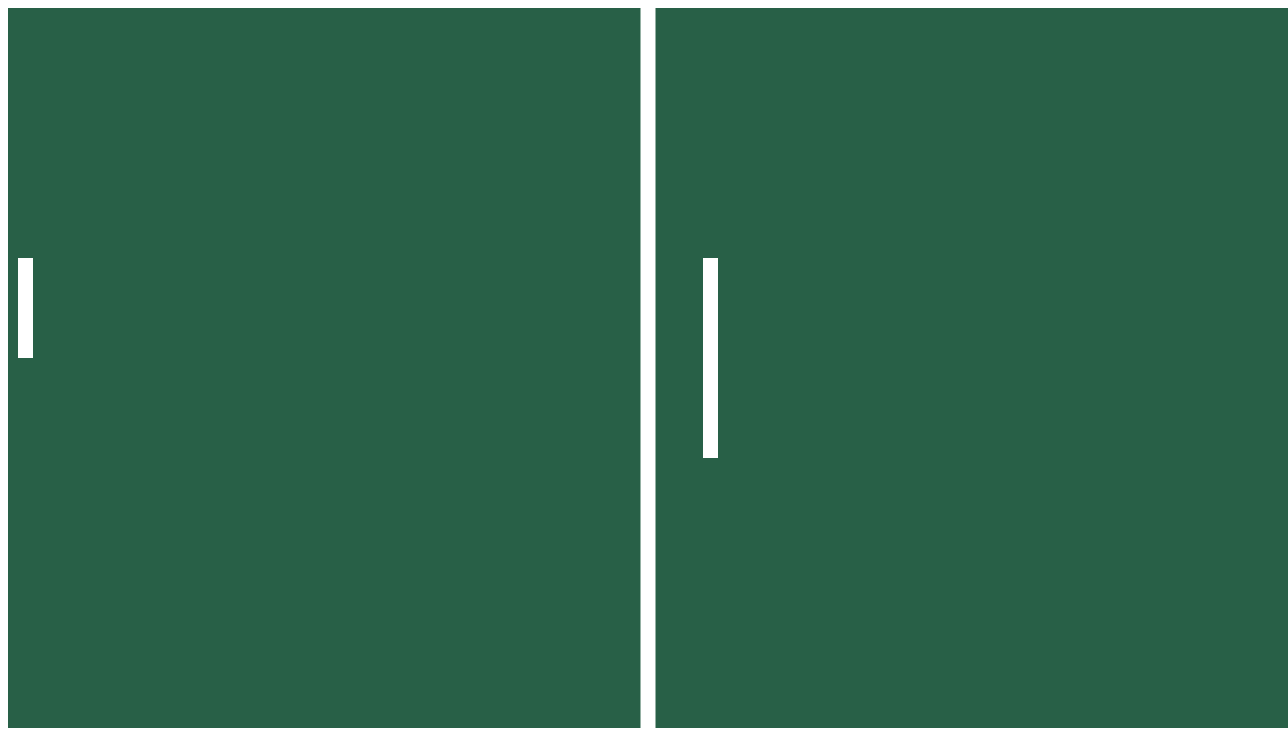
Repository: luizgaivaa/Game
Page: index.html
An editor plug-in stored every save of this project. The page is shown before and after the next save, followed by the edit.
The browser window is 1280 px wide. The page is 1288 px wide, so the pictures cover 1288 px, including what lies to the right of the window. The pictures show the whole page.

Above is the page before, as saved 2024-03-26 16:05:26.

After the next save:
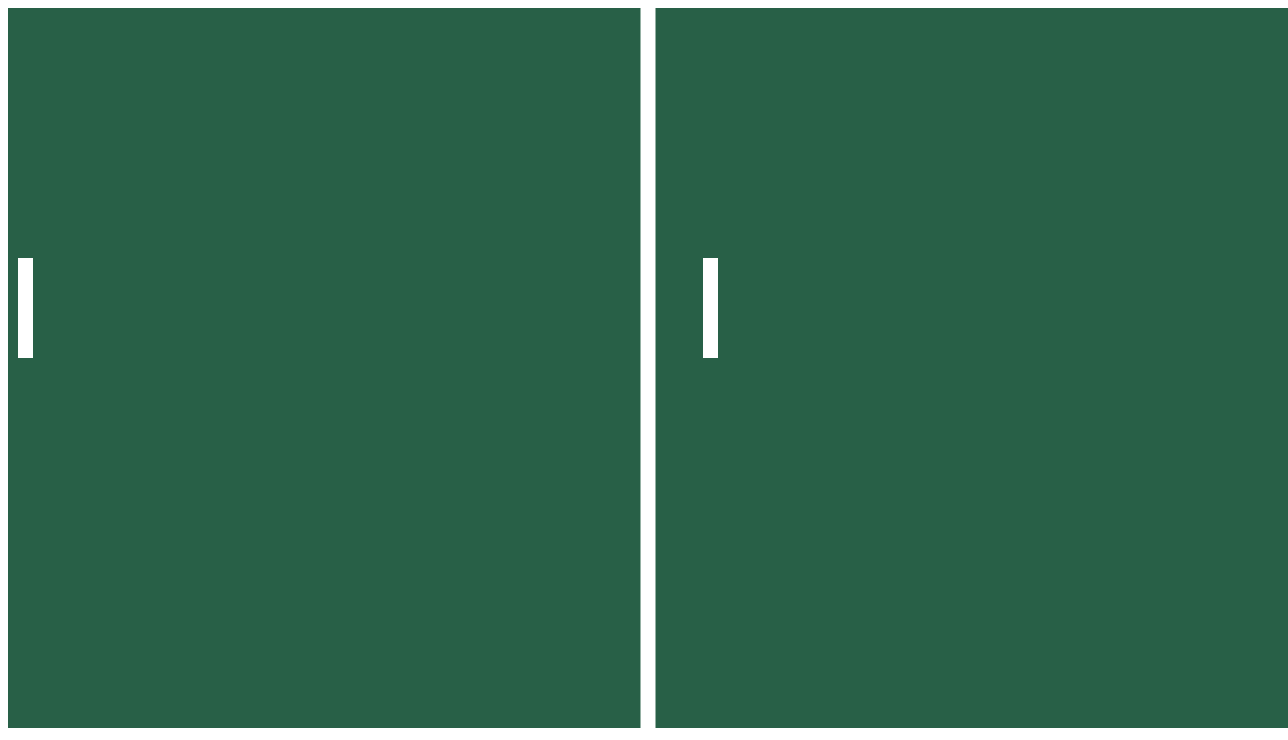
Saved 9 s later.
--- a/index.html
+++ b/index.html
@@ -32,7 +32,7 @@
             canvasCtx.fillRect(10,250,lineWidth,100)
 
             //raquete direita
-            canvasCtx.fillRect(window.innerHeight - lineWidth - 10, 250, lineWidth, 200)
+            canvasCtx.fillRect(window.innerHeight - lineWidth - 10, 250, lineWidth, 100)
 
         }
         setup()
